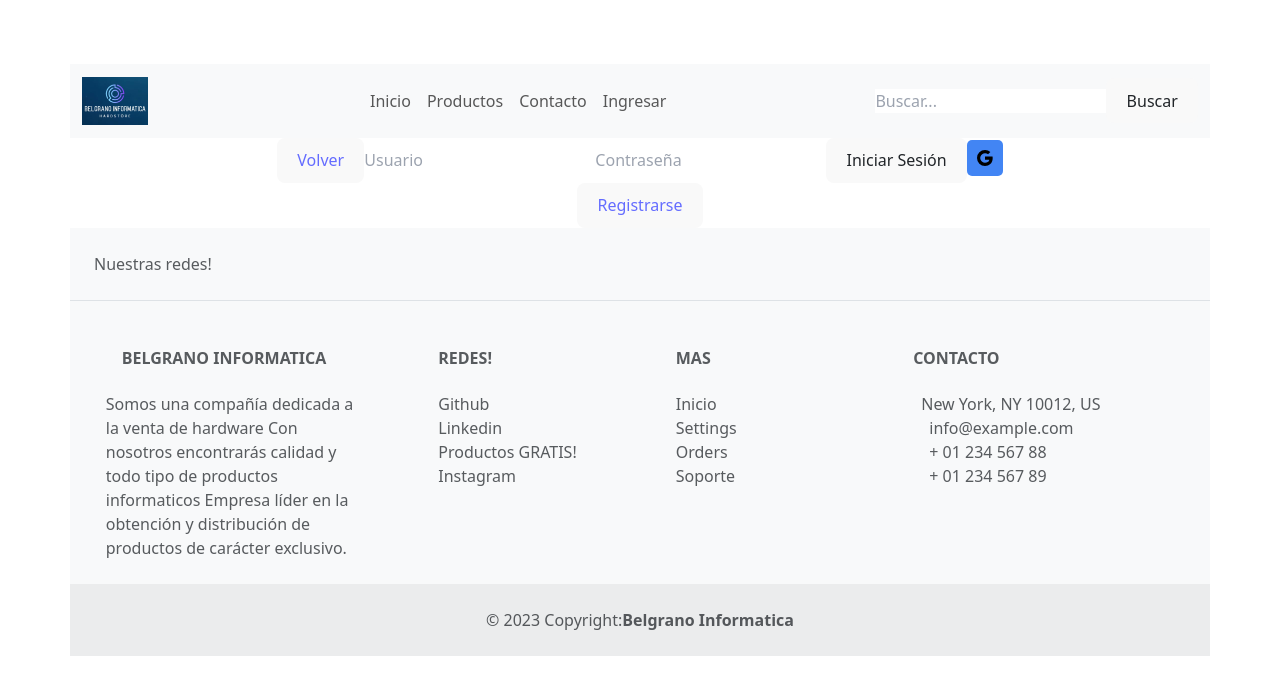
Repository: QuimeyAlejo/Belgrano-Front
Page: /login
These files come from the project's save history. The page is drawn as it stood at one moment and after the next save; the edit follows.
The browser window is 1280 px wide. The pictures show the whole page.
The project was rebuilt for these pictures with package versions that can differ from the ones it lists, and the page was loaded fresh each time. Also part of the build but not shown: vite.config.js, src/components/CSS/card.css, src/components/home/card.jsx, src/components/filter/paginado.jsx, src/components/home/products.jsx, src/components/Cloudinary.jsx, src/components/Detail/detail.jsx.

Above is the page before, as saved 2023-08-14 17:18:13.

### index.html
<!DOCTYPE html>
<html lang="en">
  <head>
    <meta charset="UTF-8" />
    <link rel="icon" type="image/svg+xml" href="/src/img/new logo 3.jpg" />
    <meta name="viewport" content="width=device-width, initial-scale=1.0" />
    <title>Belgrano Informatica</title>
  </head>
  <body>
    <div id="root"></div>
    <script type="module" src="/src/main.jsx"></script>
  </body>
</html>

### src/main.jsx
import React from 'react';
import { createRoot } from 'react-dom/client';
import { Provider } from 'react-redux';
import { store } from './redux/store';
import App from './App';
import './index.css';
import 'bootstrap/dist/css/bootstrap.min.css';

createRoot(document.getElementById('root')).render(
  <Provider store={store}>
    <React.StrictMode>
      <App />
    </React.StrictMode>
  </Provider>
);

### src/redux/store/index.jsx
import { createStore, applyMiddleware } from 'redux';
import { composeWithDevTools } from 'redux-devtools-extension';
import thunk from 'redux-thunk';
import rootReducer from '../reducer/reducer';

export const store = createStore(rootReducer, composeWithDevTools(applyMiddleware(thunk)))

### src/App.jsx
import { BrowserRouter, Routes, Route } from 'react-router-dom';
import './App.css'
// import LandingPage from './components/LandingPage'
import Footer from './components/Footer/footer';
import Products from './components/home/products';
import Navbar1 from './components/NavBar/navbar';
import UploadImage from '../src/components/Cloudinary'
import DetailCard from './components/Detail/detail';
import 'bootstrap/dist/css/bootstrap.min.css';
import Login from './components/login/login';





function App() {

  return (
    <BrowserRouter>
    <>
    {/* <LandingPage/> */}
    <Navbar1/>
    <Routes>
    <Route exact path='/' element={< Products/>} />
    <Route exact path='/uploadImage' element={< UploadImage/>} />
    {/* <Route exact path='/products/id/:id' render={({ match }) => <DetailCard id={match.params.id} />} /> */}
    <Route path="/products/id/:id" element={<DetailCard />} />
    {/* <Route exact path='/products/id/:id' element={<DetailCard />} /> */}
    <Route exact path="/login" element={<Login/>}/>
    {/* <Route exact path='/uploadMultipleImages' element={< Cloudinary/>} /> */}
    </Routes>
    <Footer/>
    </>
    </BrowserRouter>
  )
}

export default App

/*
    <import React, { useEffect, useState } from 'react';
import axios from 'axios';

const App = () => {
  const [products, setProducts] = useState([]);

  useEffect(() => {
    // Realizar una solicitud GET al backend para obtener todos los productos
    axios.get('http://localhost:3525/products')
      .then(response => {
        // Actualizar el estado con los productos obtenidos del backend
        setProducts(response.data);
      })
      .catch(error => {
        console.log(error);
      });
  }, []);

  return (
    <div>
      <h2>Lista de productos</h2>
      <ul>
        {products.map(product => (
          <li key={product.id}>
            {product.name} - {product.price}
          </li>
        ))}
      </ul>
    </div>
  );
};

export default App;


*/

### src/redux/reducer/reducer.jsx
const initialState = {
  products: [],
  allproducts: [],
  // detail: [],
  detail: {},
};

function rootReducer(state = initialState, action) {
  switch (action.type) {
    case "GET_PRODUCTS":
      return {
        ...state,
        products: action.payload,
        allproducts: action.payload,
      };


    case "GET_filterByTypeProduct":
    // case "GET_PRODUCTSTYPE":
      const allProducts = state.allproducts;
      const tipoFilter =
        action.payload === "All"
          ? allProducts
          : allProducts.filter((e) => e.tipo === action.payload);
      // console.log(JSON.stringify(tipoFilter) + 'asd');
      return {
        ...state,
        products: tipoFilter,
      };
    //---------------------------------------------------------------------------------------------------------------------------------------------//
    case "ORDER_BY_PRICE":
      let sortedForPrice =
        action.payload === "may"
          ? state.products.sort((a, b) => a.precio - b.precio)
          : state.products.sort((a, b) => b.precio - a.precio);
      // console.log(JSON.stringify(sortedForPrice) + "identificador")
      return {
        ...state,
        products: sortedForPrice,
      };

    //---------------------------------------------------------------------------------------------------------------------------------------------//
    //---------------------------------------------------------------------------------------------------------------------------------------------------------------------------//
    case "CLEAN_DETAIL":
      return {
        ...state,
        detail: {},
        // detail: []
      };
    //---------------------------------------------------------------------------------------------------------------------------------------------------------------------------//
    case "GET_PRODUCT_ID":
      return {
        ...state,
        detail: action.payload,
      };

    default:
      return state;
  }
}

export default rootReducer;

### src/components/Footer/footer.jsx
// import {
//   MDBFooter,
//   MDBContainer,
//   MDBCol,
//   MDBRow,
//   MDBIcon,

// } from 'mdb-react-ui-kit';

// export default function Footer() {
//   return (
//     <MDBFooter bgColor='light' className='text-center text-lg-start text-muted' >

//       <div className='text-black' style={{ backgroundColor: 'rgba(0, 0, 0, 0.1)' }}>
//         <section className='d-flex justify-content-center justify-content-lg-between p-50 border-bottom border-top border-1 border-secondary' >
//           <div className='me-5 d-none d-lg-block'>
//             <span>Nuestras redes sociales:</span>
//           </div>

//           <div>
//             <a href='https://www.youtube.com/watch?v=dQw4w9WgXcQ&ab_channel=RickAstley' className='me-4 text-reset'>
//               <MDBIcon fab icon='youtube' />
//             </a>
//             <a href='https://www.youtube.com/watch?v=dQw4w9WgXcQ&ab_channel=RickAstley' className='me-4 text-reset'>
//               <MDBIcon fab icon='github' />
//             </a>
//             <a href='https://www.youtube.com/watch?v=dQw4w9WgXcQ&ab_channel=RickAstley' className='me-4 text-reset'>
//               <MDBIcon fab icon='github' />
//             </a>
//           </div>
//         </section>

//         <section className=''>
//           <MDBContainer className='text-center text-md-start mt-50'>
//             <MDBRow className='mt-3'>
//               <MDBCol md='3' lg='4' xl='3' className='mx-auto mb-4'>
//                 <h6 className='text-uppercase fw-bold mb-4' color='light'>
//                   <MDBIcon icon='gem' className='me-3' />
//                   Belgrano Informatica
//                 </h6>
//                 <p>
//                   Somos una compañía dedicada a la venta de hardware
//                   <br />
//                   Con nosotros encontrarás calidad y todo tipo de productos informaticos
//                   <br />
//                   Empresa líder en la obtención y distribución de productos de carácter exclusivo.
//                 </p>
//               </MDBCol>

//               <MDBCol md='3' lg='2' xl='2' className='mx-auto mb-4'>
//                 <h6 className='text-uppercase fw-bold mb-4'>Links útiles</h6>
//                 <p>
//                   <a href='/' className='text-reset'>
//                     Productos
//                   </a>
//                 </p>
//                 <p>
//                   <a href='/' className='text-reset'>
//                     Ofertas
//                   </a>
//                 </p>
//                 <p>
//                   <a href='/' className='text-reset'>
//                     Ingresar
//                   </a>
//                 </p>
//                 <p>
//                   <a href='/' className='text-reset'>
//                     Carrito
//                   </a>
//                 </p>
//               </MDBCol>

//               <MDBCol md='4' lg='3' xl='3' className='mx-auto mb-md-0 mb-4'>
//                 <h6 className='text-uppercase fw-bold mb-4'>Contact</h6>
//                 <p>
//                   <MDBIcon icon='home' className='me-2' />
//                   P. Sherman, calle Wallaby 42, Sidney
//                 </p>
//                 <p>
//                   <MDBIcon icon='envelope' className='me-3' />
//                   BelgranoGroup@gmail.com
//                 </p>
//                 <p>
//                   <MDBIcon icon='phone' className='me-3' /> + 1 234 56
//                 </p>
//                 <p>
//                   <MDBIcon icon='print' className='me-3' /> + 244466666
//                 </p>
//               </MDBCol>
//             </MDBRow>
//           </MDBContainer>
//         </section>

//         <div className='text-center p-4 bg-primary bg-gradient text-white border-top border-2 '>
//           © 2023 Copyright:
//           <a className='text-reset fw-bold' href='#'>
//             Belgrano Group
//           </a>
//         </div>
//       </div>
//     </MDBFooter>
//   );
// }

// -------------------------------------------------------------------------------------------------------------------------------------//
import React from "react";
import {
  MDBFooter,
  MDBContainer,
  MDBRow,
  MDBCol,
  MDBIcon,
} from "mdb-react-ui-kit";

export default function Footer() {
  return (
    <MDBFooter bgColor="light" className="text-center text-lg-start text-muted">
      <section className="d-flex justify-content-center justify-content-lg-between p-4 border-bottom">
        <div className="me-5 d-none d-lg-block">
          <span>Nuestras redes! </span>
        </div>

        <div>
          <a href="" className="me-4 text-reset">
            <MDBIcon fab icon="instagram" />
          </a>
          <a href="" className="me-4 text-reset">
            <MDBIcon fab icon="google" />
          </a>
          <a href="" className="me-4 text-reset">
            <MDBIcon fab icon="instagram" />
          </a>
          <a href="" className="me-4 text-reset">
            <MDBIcon fab icon="linkedin" />
          </a>
          <a href="" className="me-4 text-reset">
            <MDBIcon fab icon="github" />
          </a>
        </div>
      </section>

      <section className="">
        <MDBContainer className="text-center text-md-start mt-5">
          <MDBRow className="mt-3">
            <MDBCol md="3" lg="4" xl="3" className="mx-auto mb-4">
              <h6 className="text-uppercase fw-bold mb-4">
                <MDBIcon icon="gem" className="me-3" />
                Belgrano Informatica
              </h6>
              Somos una compañía dedicada a la venta de hardware Con nosotros
              encontrarás calidad y todo tipo de productos informaticos Empresa
              líder en la obtención y distribución de productos de carácter
              exclusivo.
            </MDBCol>

            <MDBCol md="2" lg="2" xl="2" className="mx-auto mb-4">
              <h6 className="text-uppercase fw-bold mb-4">Redes!</h6>
              <p>
                <a href="https://github.com/QuimeyAlejo" className="text-reset">
                  Github
                </a>
              </p>
              <p>
                <a href="https://www.linkedin.com/in/quimey-alejo-lopez-199431202/" className="text-reset">
                  Linkedin
                </a>
              </p>
              <p>
                <a href="https://www.youtube.com/watch?v=gXGYLpHNRss" className="text-reset">
                  Productos GRATIS!
                </a>
              </p>
              <p>
                <a href="https://www.instagram.com/belgrano_informatica/" className="text-reset">
                  Instagram
                </a>
              </p>
            </MDBCol>

            <MDBCol md="3" lg="2" xl="2" className="mx-auto mb-4">
              <h6 className="text-uppercase fw-bold mb-4">Mas</h6>
              <p>
                <a href="#" className="text-reset">
                  Inicio
                </a>
              </p>
              <p>
                <a href="#" className="text-reset">
                  Settings
                </a>
              </p>
              <p>
                <a href="https://www.instagram.com/belgrano_informatica/" className="text-reset">
                  Orders
                </a>
              </p>
              <p>
                <a href="https://www.instagram.com/belgrano_informatica/" className="text-reset">
                  Soporte
                </a>
              </p>
            </MDBCol>

            <MDBCol md="4" lg="3" xl="3" className="mx-auto mb-md-0 mb-4">
              <h6 className="text-uppercase fw-bold mb-4">Contacto</h6>
              <p>
                <MDBIcon icon="home" className="me-2" />
                New York, NY 10012, US
              </p>
              <p>
                <MDBIcon icon="envelope" className="me-3" />
                info@example.com
              </p>
              <p>
                <MDBIcon icon="phone" className="me-3" /> + 01 234 567 88
              </p>
              <p>
                <MDBIcon icon="print" className="me-3" /> + 01 234 567 89
              </p>
            </MDBCol>
          </MDBRow>
        </MDBContainer>
      </section>

      <div
        className="text-center p-4"
        style={{ backgroundColor: "rgba(0, 0, 0, 0.05)" }}
      >
        © 2023 Copyright:
        <a className="text-reset fw-bold" href="#">
          Belgrano Informatica
        </a>
      </div>
    </MDBFooter>
  );
}

### src/components/NavBar/navbar.jsx
import Container from "react-bootstrap/Container";
import Nav from "react-bootstrap/Nav";
import Navbar from "react-bootstrap/Navbar";
// import React from 'react';
// import { Link } from 'react-router-dom';
import belgrano from "../../img/belgrano.jpg";
import SearchBar from "../SearchBar/searchBar";

function Navbar1() {
  return (
    <Navbar expand="lg" className="bg-body-tertiary">
      <Container fluid>
        <Navbar.Brand href="#">
          {" "}
          <Nav.Link to="/">
            <img
              src={belgrano}
              alt="Recargar productos"
              className="img-fluid w-25"
            />
          </Nav.Link>
        </Navbar.Brand>
        <Navbar.Toggle aria-controls="navbarScroll" />
        <Navbar.Collapse id="navbarScroll">
          <Nav
            className="me-auto my-2 my-lg-0"
            style={{ maxHeight: "100px" }}
            navbarScroll
          >
            <Nav.Link href="/">Inicio</Nav.Link>
            <Nav.Link href="/productos">Productos</Nav.Link>
            <Nav.Link href="/contacto">Contacto</Nav.Link>
            <Nav.Link href="/login">Ingresar</Nav.Link>
          </Nav>
          <SearchBar />
        </Navbar.Collapse>
      </Container>
    </Navbar>
  );
}

export default Navbar1;

### src/components/login/login.jsx
import React, { useState } from 'react';
import '../login/login.css'
import { Link } from 'react-router-dom';
import G from "../../img/google.svg"

const Login = () => {
  const [username, setUsername] = useState('');
  const [password, setPassword] = useState('');
  const [isLoggedIn, setIsLoggedIn] = useState(false);

  const handleLogin = () => {
    if (username === 'usuario' && password === 'contraseña') {
      setIsLoggedIn(true);
    } else {
      alert('Credenciales incorrectas. Inténtalo de nuevo.');
    }
  };

  const handleGoogleLogin = () => {
    // Agrega aquí la lógica para iniciar sesión con Google
    alert('Iniciar sesión con Google');
  };

  return (
    <div className="login-container d-center">
      {isLoggedIn ? (
        <p>Bienvenido, {username}!</p>
      ) : (
        <div className="login-form">
          <button><Link to="/">Volver</Link></button>
          <input
            type="text"
            placeholder="Usuario"
            value={username}
            onChange={(e) => setUsername(e.target.value)}
          />
          <input
            type="password"
            placeholder="Contraseña"
            value={password}
            onChange={(e) => setPassword(e.target.value)}
          />
          <button onClick={handleLogin}>Iniciar Sesión</button>
          <button onClick={handleGoogleLogin} className="google-button">
            <img src={G}></img>
          </button>
          <div>
            <button><Link to="/register"> Registrarse </Link></button>
          </div>
        </div>
      )}
    </div>
  );
};

export default Login;

### src/redux/actions/actions.jsx
import axios from 'axios';

export function getProducts() {
  return async function (dispatch) {
      var json = await axios.get('http://localhost:3000/products')
      // var json = await axios.get('https://belgrano-backend.onrender.com/products')

      return dispatch({
          type: 'GET_PRODUCTS',
          payload: json.data
      })
  }
}export function getProductsType() {
  return async function (dispatch) {
      var json = await axios.get('http://localhost:3000/products/:tipo')


      return dispatch({
          type: 'GET_PRODUCTSTYPE',
          payload: json.data
      })
  }
}
export function filterByTypeProduct(payload){
    return{
        type: 'GET_filterByTypeProduct',
        payload
    }
}
//----------------------------FUNCION DE ORDENAMIENTO DE PRODUCTOS POR BACKEND----------------------------------------//
// export function filterByTypeProduct2(){
// return async function (dispatch) {
//     var json = await axios.get('/productos/tipo/:tipo')

//     return dispatch({
//         type: 'GET_filterByTypeProduct',
//         payload:json.data
//     })
// }}
export function filterForPrice(payload){
    return{
        type:'ORDER_BY_PRICE',
        payload
    }
}
export function getProductsForID(id) {
  return async function (dispatch) {
    try {
      let json = await axios.get(`http://localhost:3000/products/id/${id}`);
      // let json = await axios.get(`https://belgrano-backend.onrender.com/products/id/${id}`);
      return dispatch({
        type: 'GET_PRODUCT_ID',
        payload: json.data,
      });
    } catch (error) {
      console.log(error);
    }
  };
}

export function cleanDetail(){
    return{
        type: 'CLEAN_DETAIL'
    }
}

### src/components/SearchBar/searchBar.jsx
import React from "react";
import { useState} from 'react';
import { useDispatch, useSelector } from 'react-redux';
import { getProducts } from "../../redux/actions/actions";


function SearchBar ({setCurrentPage}){
    const dispatch = useDispatch();
    const [name, setName] = useState("")
    const allProd= useSelector(state => state.allproducts)
    console.log (allProd + "quien soy")


    function handleInputChange(e){
      e.preventDefault()
      setName (e.target.value)


    }

    function handleSubmit(e){
      e.preventDefault()
      console.log(name)


    //   const productFilter = allProd.filter(e => e.modelo? e.modelo : e.brand)
      const productFilter = allProd.filter(e => e.modelo.includes(name))
      if(name && (!productFilter || productFilter.length === 0)){
          alert('No existe el producto ingresado!')
      }

      else if(!name){
          alert('¡Para buscar ingrese un nombre!')
      }
      else{
        dispatch( getProducts(name))
          setName('')
          // setCurrentPage(1)
      }
    }

    return (
     <div>
        <div>
      <input
      value={name}
        type='text'
        placeholder='Buscar...'
        onChange={(e)=> handleInputChange(e)}/>
        <button onClick={(e) => handleSubmit(e)}>Buscar</button>
          </div>
     </div>
    )

  }

  export default SearchBar

### src/components/login/login.css
/* ... otras reglas CSS ... */

.google-button {
    background-color: #4285f4;
    color: white;
    border: none;
    padding: 10px;
    border-radius: 5px;
    cursor: pointer;
    transition: background-color 0.3s ease;
  }

  .google-button:hover {
    background-color: #357ae8;
  }

Loaded but not shown: src/index.css (common file); src/App.css (common file)

After the next save:
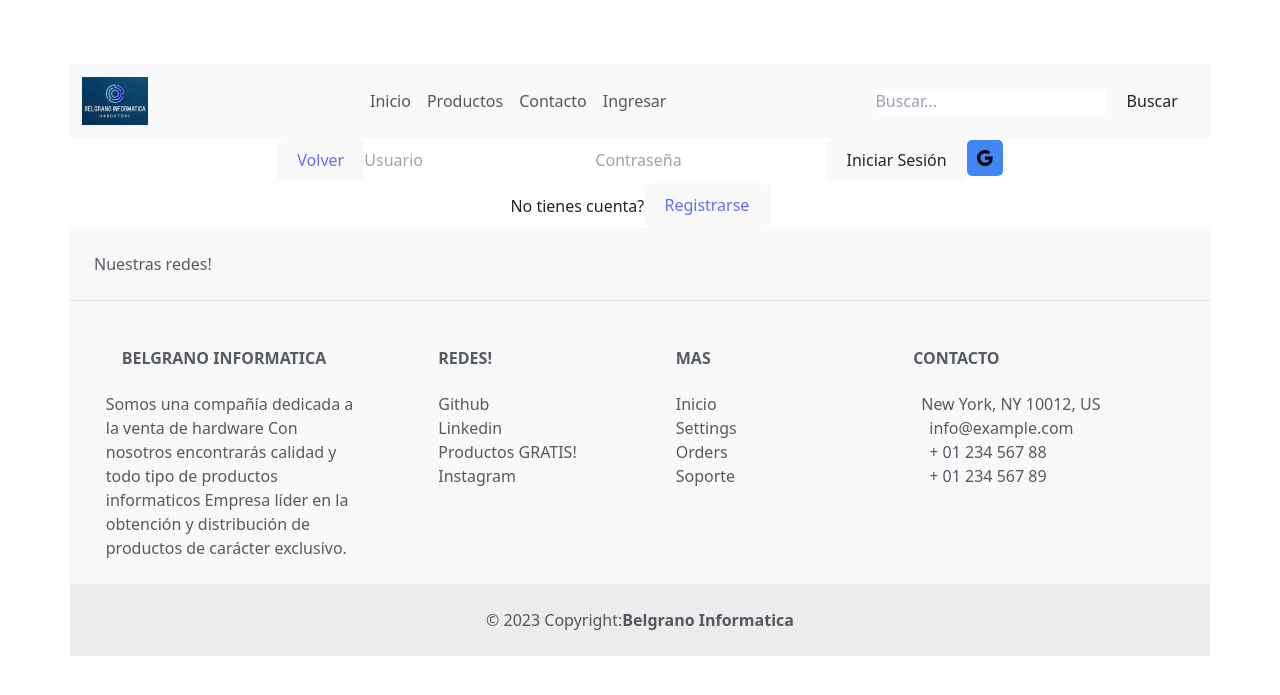
Saved 21 s later.
--- a/src/components/login/login.jsx
+++ b/src/components/login/login.jsx
@@ -45,6 +45,7 @@ const Login = () => {
             <img src={G}></img>
           </button>
           <div>
+            <span>No tienes cuenta?</span>
             <button><Link to="/register"> Registrarse </Link></button>
           </div>
         </div>
